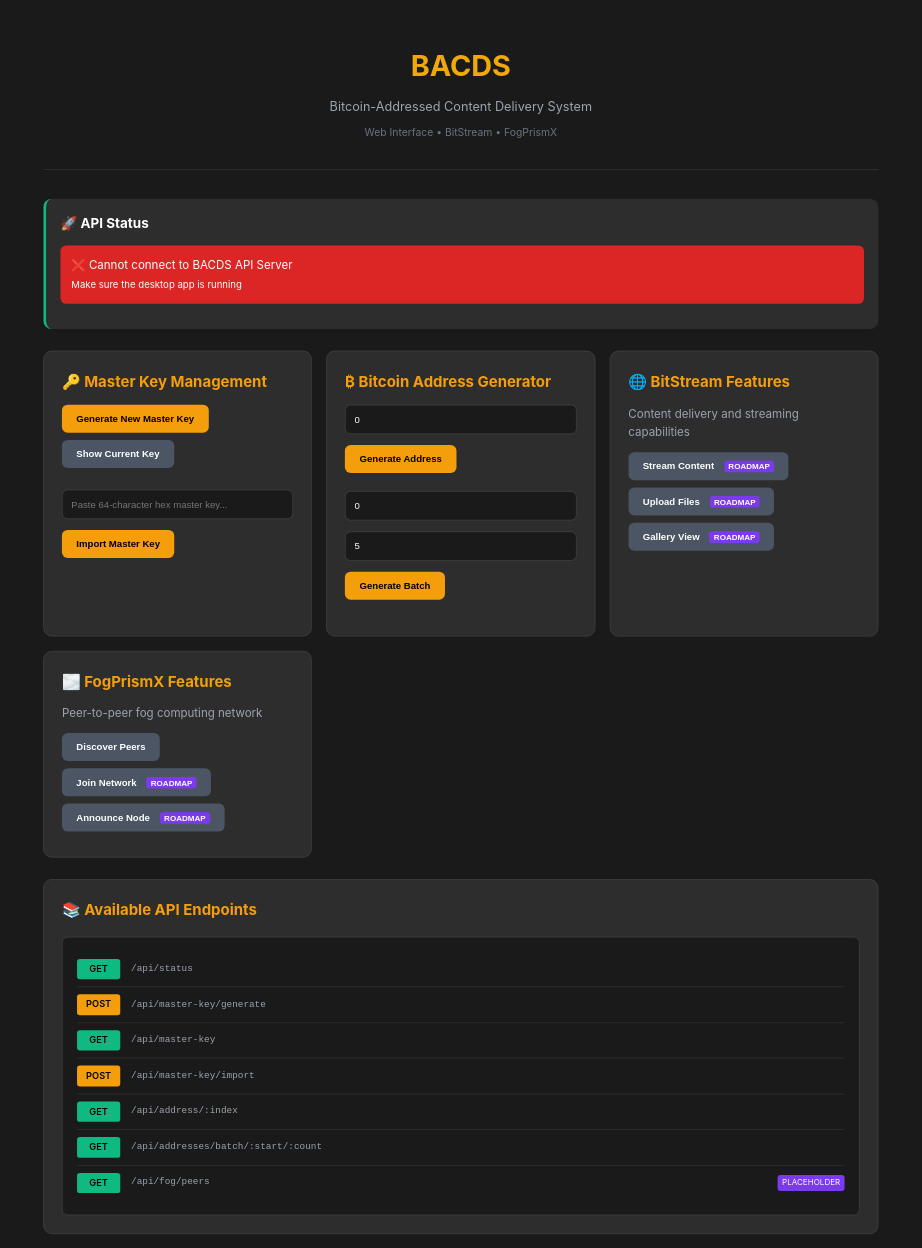
Repository: b0ase/nerd
Page: src/web/index.html
These files come from the project's save history. The page is drawn as it stood at one moment and after the next save; the edit follows.
The browser window is 1280 px wide. The pictures show the whole page, at 72% of full size.
The page's requests for data from a server got no answer.

Above is the page before, as saved 2025-06-03 16:11:11.

After the next save:
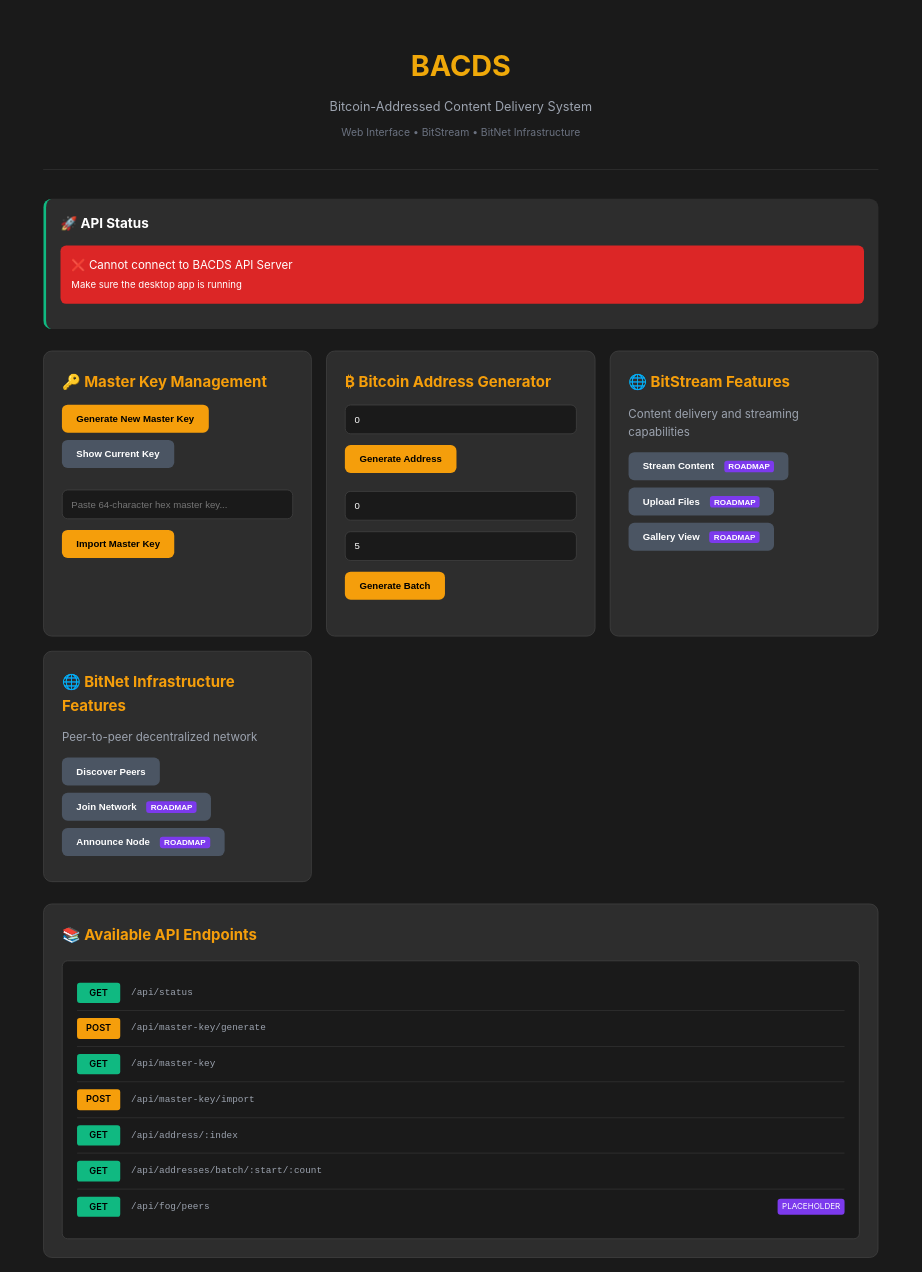
Saved 6 min 3 s later.
--- a/src/web/index.html
+++ b/src/web/index.html
@@ -257,7 +257,7 @@
             <div class="logo">BACDS</div>
             <div class="tagline">Bitcoin-Addressed Content Delivery System</div>
             <div style="margin-top: 10px; color: #6b7280; font-size: 0.9rem;">
-                Web Interface • BitStream • FogPrismX
+                Web Interface • BitStream • BitNet Infrastructure
             </div>
         </header>
 
@@ -310,9 +310,9 @@
             </div>
 
             <div class="panel">
-                <h3>🌫️ FogPrismX Features</h3>
-                <p style="color: #9ca3af; margin-bottom: 15px;">Peer-to-peer fog computing network</p>
-                <button class="btn btn-secondary" onclick="checkFogPeers()">Discover Peers</button>
+                <h3>🌐 BitNet Infrastructure Features</h3>
+                <p style="color: #9ca3af; margin-bottom: 15px;">Peer-to-peer decentralized network</p>
+                <button class="btn btn-secondary" onclick="checkNetworkPeers()">Discover Peers</button>
                 <button class="btn btn-secondary" disabled>Join Network <span class="roadmap-badge">ROADMAP</span></button>
                 <button class="btn btn-secondary" disabled>Announce Node <span class="roadmap-badge">ROADMAP</span></button>
             </div>
